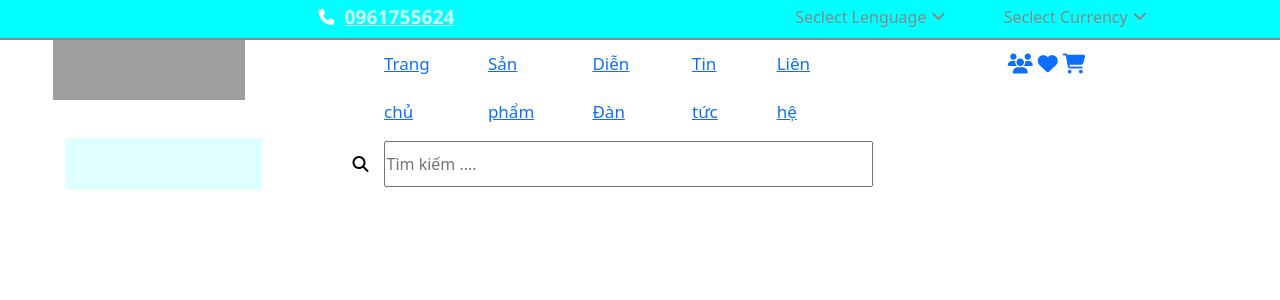
Repository: giacatdat2k5/Baitaplon
Page: da/d.html
An editor plug-in stored every save of this project. The page is shown before and after the next save, followed by the edit.
The browser window is 1280 px wide. The pictures show the whole page.
Pictures or frames that could not be fetched are drawn as grey boxes.

Above is the page before, as saved 2023-11-07 01:04:40.

After the next save:
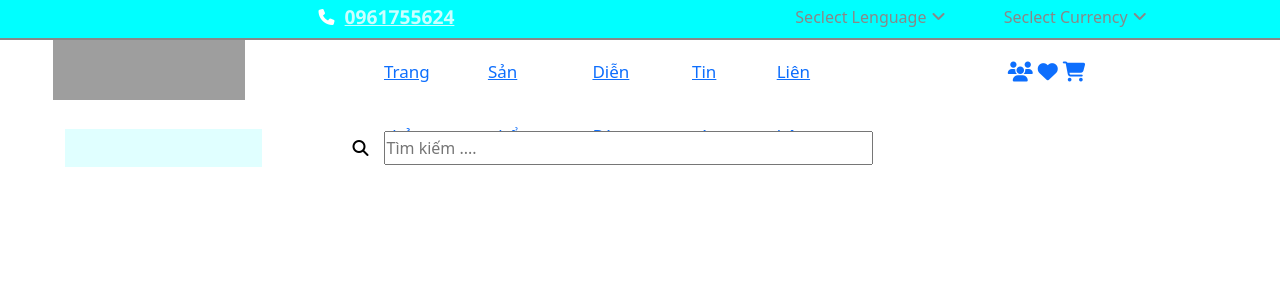
Saved 20 s later.
--- a/da/d.css
+++ b/da/d.css
@@ -69,7 +69,7 @@
 
     display:flex;
     height: 60px;
-    line-height: 3em;
+    line-height: 4em;
     justify-content: space-around;
 }
 .logo{
@@ -125,7 +125,7 @@
 }
 .nav2{
     width: 100%;
-    height: 8em;
+    height: 6em;
     display: flex;
     align-items: center;
 }
